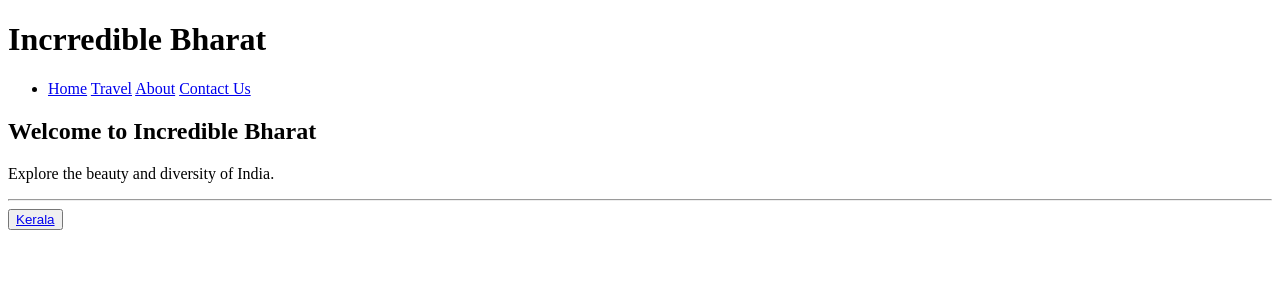
Repository: jaidhiman111/incrediblebharat
Page: index.html
The author's editor kept a copy of each file at every save. The page is drawn from the files as they stood at one save, then again after the next save.
The browser window is 1280 px wide. The pictures show the whole page.

Above is the page before, as saved 2025-04-30 21:16:50.

After the next save:
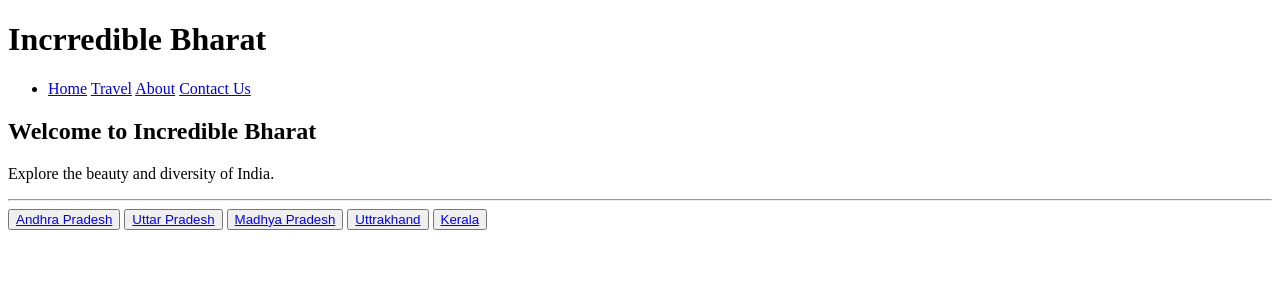
Saved 75 s later.
--- a/index.html
+++ b/index.html
@@ -32,6 +32,10 @@
         </section>
         <hr>
         <section>
+            <button type="button"><a href="#">Andhra Pradesh</a></button>
+            <button type="button"><a href="#">Uttar Pradesh</a></button>
+            <button type="button"><a href="#">Madhya Pradesh</a></button>
+            <button type="button"><a href="#">Uttrakhand</a></button>
             <button type="button"><a href="#">Kerala</a></button>
         </section>
      </main>
